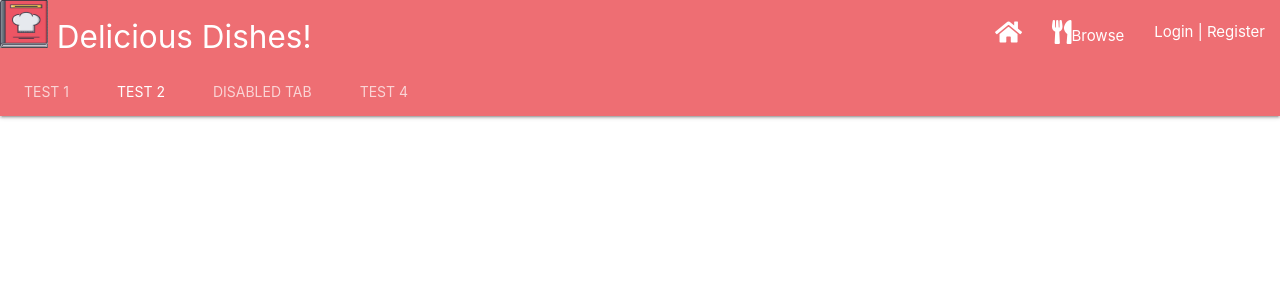
Repository: hebs87/cookbook-milestone-project-three
Page: http://localhost/
The author's editor kept a record of every edit. The page is drawn from the files as they stood at one moment, then again after the next edit.
The browser window is 1280 px wide. The pictures show the whole page.
Some web libraries are served in a nearby version. The page is served by the project's application, run on Flask 3 (app.py). Other server files are loaded and not shown.

Above is the page before.

### templates/base.html
<!DOCTYPE html>
<html lang="en">

<head>

    <!--Link for Favicon-->
    <link rel="icon" sizes="192x192" href="{{ url_for('static', filename='img/favicon.png') }}" type="image/x-icon">
    <meta charset="UTF-8">
    <meta name="viewport" content="width=device-width, initial-scale=1.0">
    <meta http-equiv="X-UA-Compatible" content="ie=edge">
    <title>Delicious Dishes!</title>

    <!--Link for Materialize-->
    <link rel="stylesheet" href="https://cdnjs.cloudflare.com/ajax/libs/materialize/1.0.0/css/materialize.min.css">
    <!--Link for FontAwesome-->
    <link rel="stylesheet" href="https://use.fontawesome.com/releases/v5.8.2/css/all.css"
        integrity="sha384-oS3vJWv+0UjzBfQzYUhtDYW+Pj2yciDJxpsK1OYPAYjqT085Qq/1cq5FLXAZQ7Ay" crossorigin="anonymous">
    <!--Link for custom CSS sheet-->


</head>

<body>

    <nav class="nav-extended">
        <div class="nav-wrapper">
            <a href="#" class="brand-logo"><img src="{{ url_for('static', filename='img/favicon.png') }}" alt="Delicious Desserts Chef Logo" lazyload="on">
            Delicious Dishes!</a>
            <a href="#" data-target="mobile-demo" class="sidenav-trigger">
                <i class="fas fa-bars"></i>
            </a>
            <ul id="nav-mobile" class="right hide-on-med-and-down">
                <li>
                    <a href="#">
                        <i class="fas fa-home"></i>
                    </a>
                </li>
                <li>
                    <a href="#">
                        <i class="fas fa-utensils"></i>Browse
                    </a>
                </li>
                <li>
                    <a href="#">
                        Login | Register
                    </a>
                </li>
            </ul>
        </div>
        <div class="nav-content">
            <ul class="tabs tabs-transparent">
                <li class="tab"><a href="#test1">Test 1</a></li>
                <li class="tab"><a class="active" href="#test2">Test 2</a></li>
                <li class="tab disabled"><a href="#test3">Disabled Tab</a></li>
                <li class="tab"><a href="#test4">Test 4</a></li>
            </ul>
        </div>
    </nav>

    <ul class="sidenav" id="mobile-demo">
        <li><a href="sass.html">Sass</a></li>
        <li><a href="badges.html">Components</a></li>
        <li><a href="collapsible.html">JavaScript</a></li>
    </ul>

    <!--Script tag for jQuery-->
    <script src="https://code.jquery.com/jquery-3.4.1.min.js"
        integrity="sha256-CSXorXvZcTkaix6Yvo6HppcZGetbYMGWSFlBw8HfCJo=" crossorigin="anonymous"></script>
    <!--Script tag for Materialize-->
    <script src="https://cdnjs.cloudflare.com/ajax/libs/materialize/1.0.0/js/materialize.min.js"></script>
    <!--Script tag for custom JS file-->


</body>

</html>

### app.py
import os
from flask import Flask, render_template, redirect, request, url_for
from flask_pymongo import PyMongo
from bson.objectid import ObjectId

# Instance of Flask
app = Flask(__name__)

# Config Flask app and connect to database
app.config["MONGO_DBNAME"] = 'onlineCookbook'
app.config["MONGO_URI"] = os.getenv('MONGO_URI')

# Instance of PyMongo
mongo = PyMongo(app)

# DB collection variables
recipes_coll = mongo.db.recipes
rating_coll = mongo.db.ratings
categories_coll = mongo.db.categories
serves_coll = mongo.db.serves
time_coll = mongo.db.time
users_coll = mongo.db.userLogin

@app.route('/')
def base():
    return render_template("base.html")

@app.route('/get_recipes')
def get_recipes():
    return render_template("recipes.html", recipes=recipes_coll.find())

if __name__ == '__main__':
    app.run(host=os.getenv("IP", "0.0.0.0"),
            port=int(os.getenv("PORT", "5000")),
            debug=False)

After the next edit:
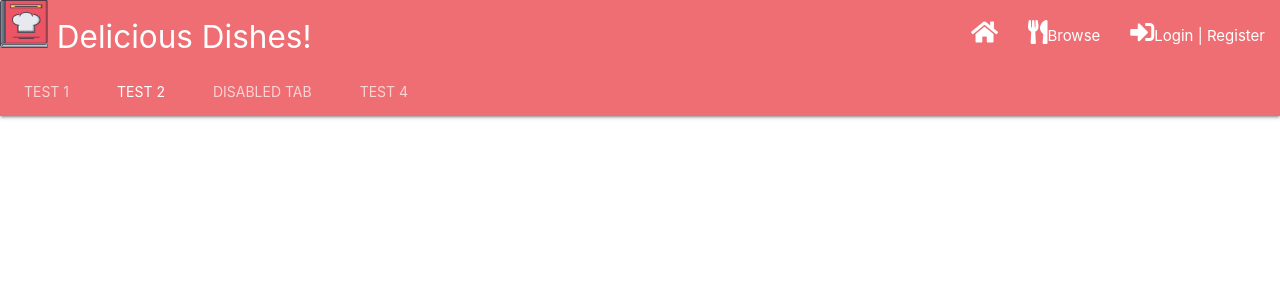
The edit:
--- a/templates/base.html
+++ b/templates/base.html
@@ -42,7 +42,7 @@
                 </li>
                 <li>
                     <a href="#">
-                        Login | Register
+                        <i class="fas fa-sign-in-alt"></i>Login | Register
                     </a>
                 </li>
             </ul>
